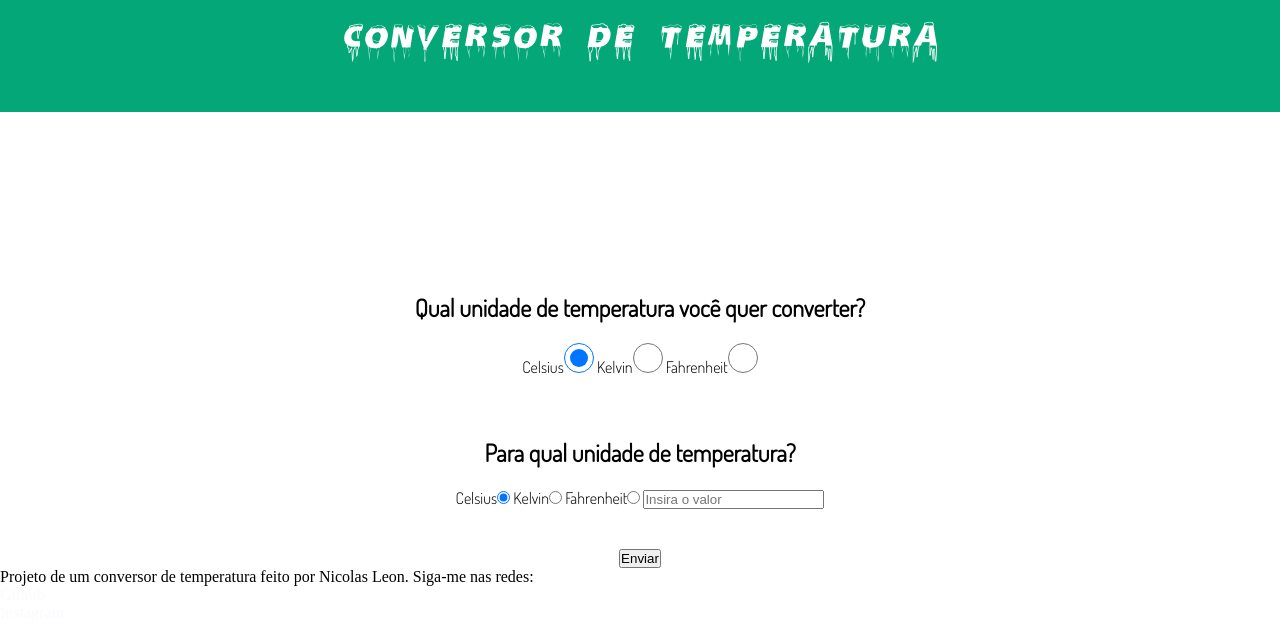
Repository: Leonngc/Conversor-de-temperatura
Page: index.html
An editor plug-in stored every save of this project. The page is shown before and after a run of saves, followed by the edit.
The browser window is 1280 px wide. The pictures show the whole page.
Some icons come from a web library that is not loaded, so they are not drawn.

Above is the page before, as saved 2023-02-10 23:25:40.

After the next 2 saves:
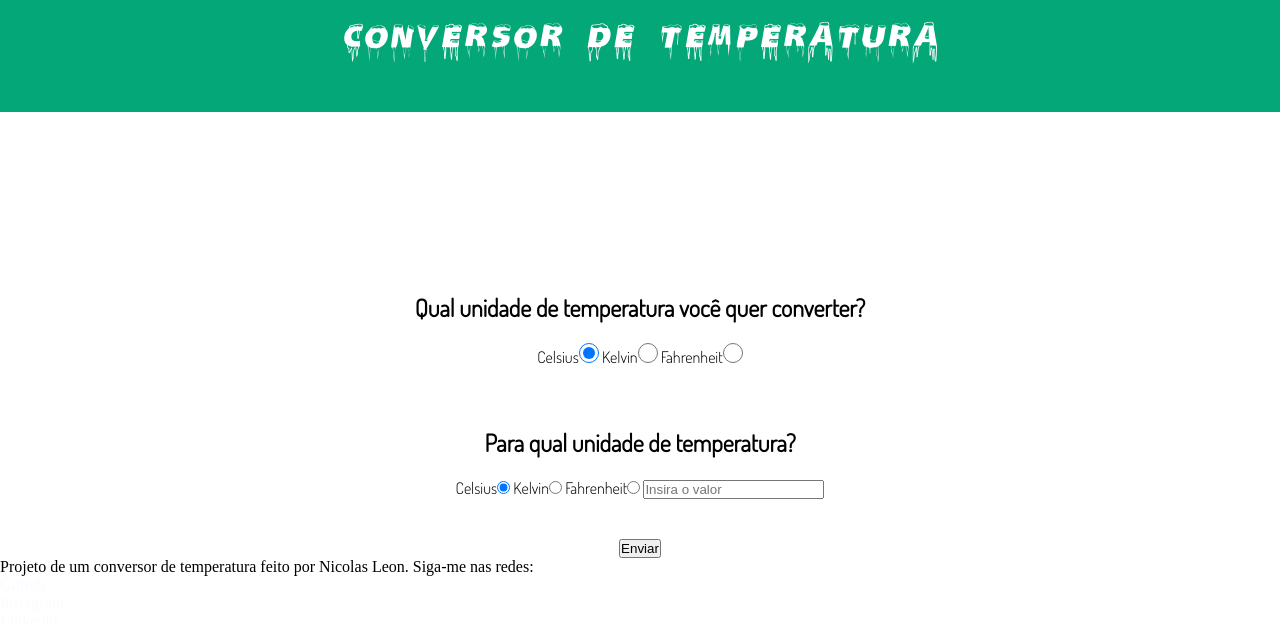
The 2 saves are shown as one change because they came seconds apart.
The last was saved 9 s later.
--- a/style.css
+++ b/style.css
@@ -87,6 +87,6 @@ form > h2{
 }
 
 .unidades{
-    height: 30px;
-    width: 30px;
+    height: 20px;
+    width: 20px;
 }
